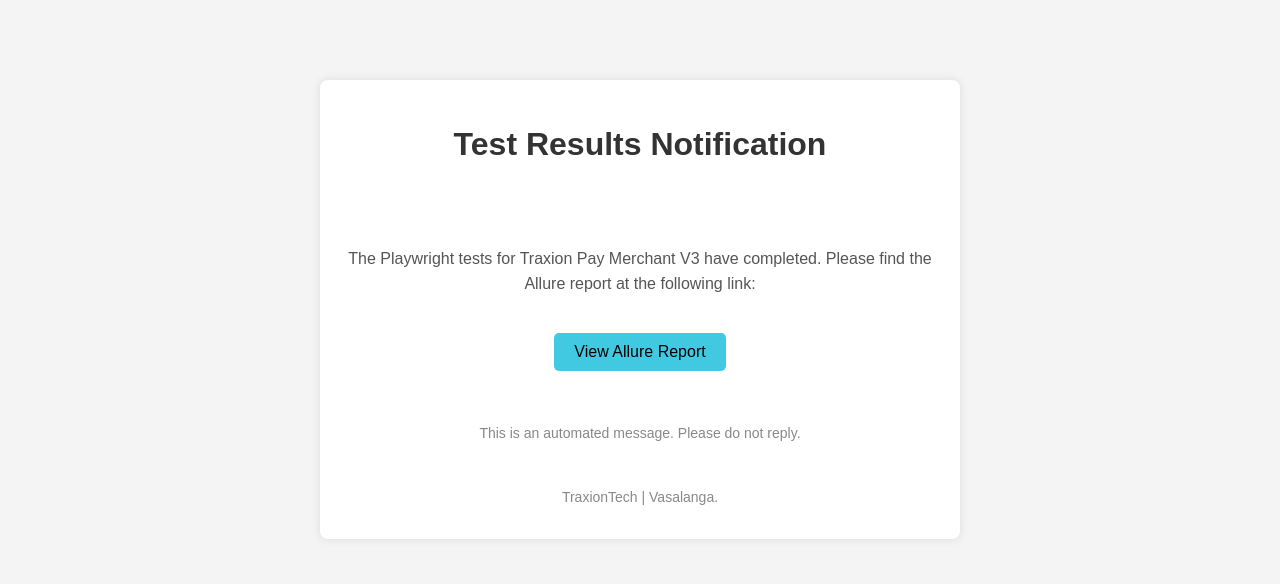
Repository: jmendozaqa24/TraxionPay-V3
Page: template.html
These files come from the project's save history. The page is drawn as it stood at one moment and after the next save; the edit follows.
The browser window is 1280 px wide. The pictures show the whole page.

Above is the page before, as saved 2025-01-31 10:01:11.

After the next save:
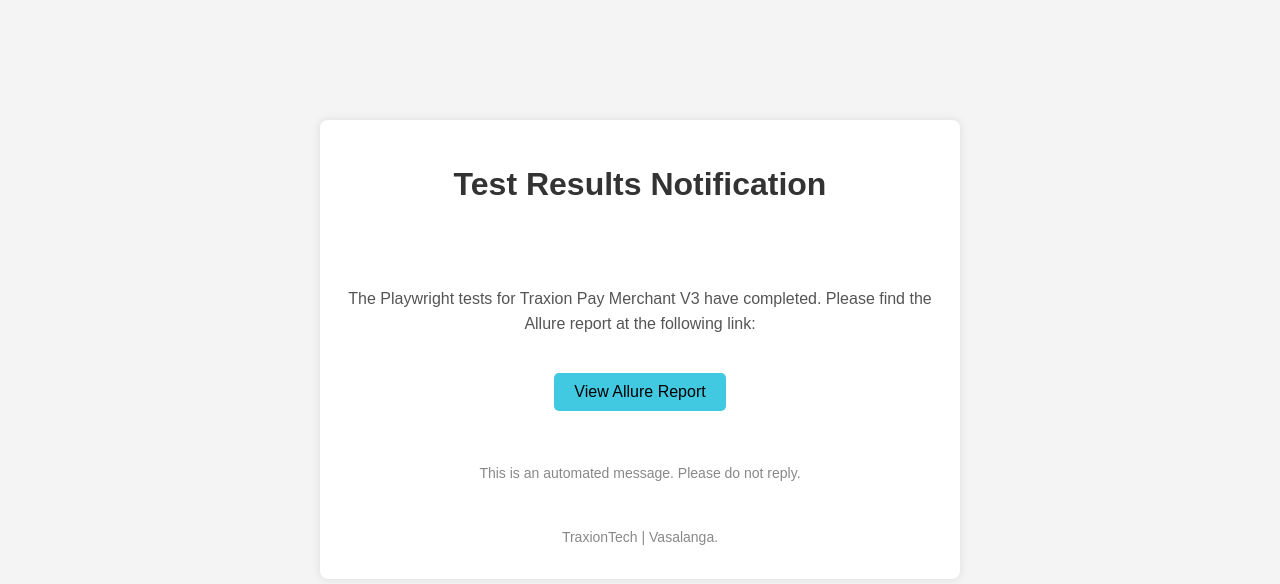
Saved 11 s later.
--- a/template.html
+++ b/template.html
@@ -5,7 +5,7 @@
                 <meta name="viewport" content="width=device-width, initial-scale=1.0">
                 <title>Test Results Notification</title>
             </head>
-            <body style="font-family: Arial, sans-serif; background-color: #f4f4f4; margin: 50px 0; padding: 10px 0;">
+            <body style="font-family: Arial, sans-serif; background-color: #f4f4f4; margin: 50px 0; padding: 50px 0;">
                 <div style="max-width: 600px; margin: 20px auto; background-color: #ffffff; padding: 20px; border-radius: 8px; box-shadow: 0 0 10px rgba(0, 0, 0, 0.1);">
                     <div style="text-align: center; padding-bottom: 20px;">
                         <h1 style="color: #333333; margin: 5; padding: 5px 0; ">Test Results Notification</h1>

After the save that followed:
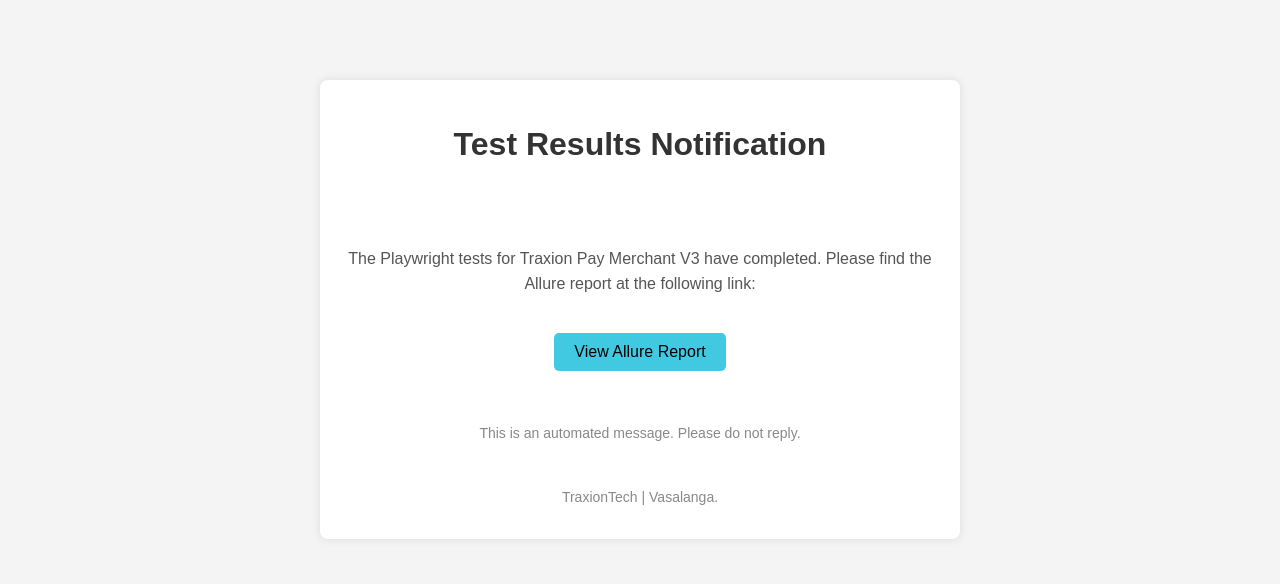
Saved 5 s later.
--- a/template.html
+++ b/template.html
@@ -5,7 +5,7 @@
                 <meta name="viewport" content="width=device-width, initial-scale=1.0">
                 <title>Test Results Notification</title>
             </head>
-            <body style="font-family: Arial, sans-serif; background-color: #f4f4f4; margin: 50px 0; padding: 50px 0;">
+            <body style="font-family: Arial, sans-serif; background-color: #f4f4f4; margin: 50px 0; padding: 10px 0;">
                 <div style="max-width: 600px; margin: 20px auto; background-color: #ffffff; padding: 20px; border-radius: 8px; box-shadow: 0 0 10px rgba(0, 0, 0, 0.1);">
                     <div style="text-align: center; padding-bottom: 20px;">
                         <h1 style="color: #333333; margin: 5; padding: 5px 0; ">Test Results Notification</h1>
